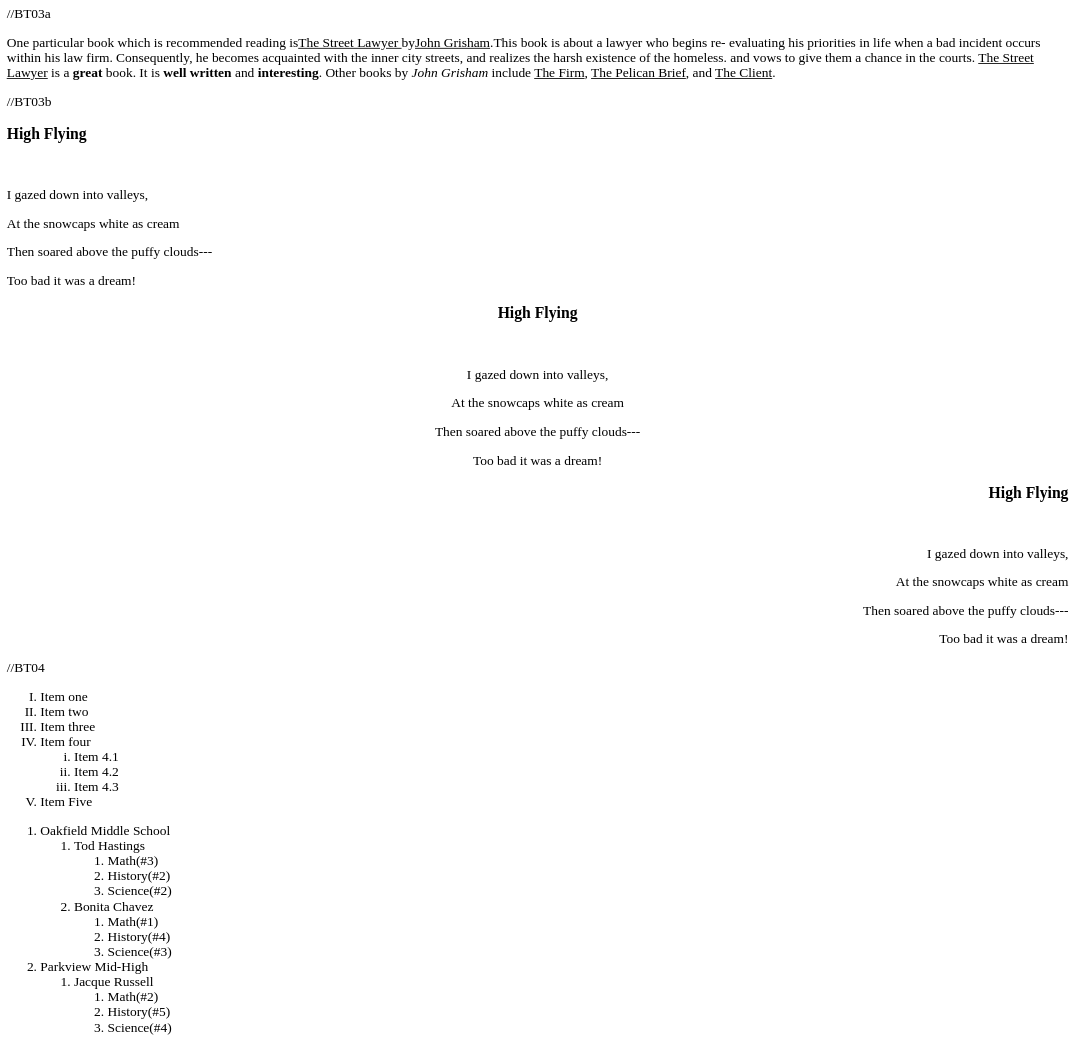
Repository: thu1365/TH_HTCNWEB
Page: HTML/Tuan01/BT.html
An editor plug-in stored every save of this project. The page is shown before and after the next save, followed by the edit.
The browser window is 1280 px wide. The pictures show the whole page, at 84% of full size.

Above is the page before, as saved 2023-02-20 22:00:21.

### HTML/Tuan01/BT.html
<!DOCTYPE html>
<html lang="en">
<head>
    <meta charset="UTF-8">
    <meta http-equiv="X-UA-Compatible" content="IE=edge">
    <meta name="viewport" content="width=device-width, initial-scale=1.0">
    <title>Document</title>
</head>

<body>
        //BT03a
        <p> One particular book which is recommended reading is<u>The Street Lawyer </u>by<u>John Grisham</u>.This book is about a lawyer who begins re- evaluating his priorities in life when a bad incident occurs within his law firm. Consequently, he becomes acquainted with the inner city streets, and realizes the harsh existence of the homeless. and vows to give them a chance in the courts. <u>The Street Lawyer</u> is a <b>great</b> book. It is <b>well written</b> and <b>interesting</b>. Other books by <i>John Grisham</i> include <u>The Firm</u>, <u>The Pelican Brief</u>, and <u>The
            Client</u>. </p>
        //BT03b
    <p>
        <h3> High Flying</h3>
        <img src="" alt=""/>
        <p>I gazed down into valleys,</p>
        <p>At the snowcaps white as cream</p>
        <p>Then soared above the puffy clouds---</p>
        <p>Too bad it was a dream!</p>
    </p>
    <center>
        <h3> High Flying</h3>
        <img src="" alt=""/>
        <p>I gazed down into valleys,</p>
        <p>At the snowcaps white as cream</p>
        <p>Then soared above the puffy clouds---</p>
        <p>Too bad it was a dream!</p>
    </center>
    <p>  <h3 align="right"> High Flying</h3>
        <img src="" alt=""/>
        <p align="right">I gazed down into valleys,</p>
        <p align="right">At the snowcaps white as cream</p>
        <p align="right">Then soared above the puffy clouds---</p>
        <p align="right">Too bad it was a dream!</p>
    </p>
    //BT04
    <ol type="I">
        <li>Item one</li>
        <li>Item two</li>
        <li>Item three</li>
        <li>Item four</li>
    <ol type="i">
        <li>Item 4.1</li>
        <li>Item 4.2</li>
        <li>Item 4.3</li>
    </ol>
        <li>Item Five</li>
    </ol>

    <ol type="I.">
        <li> Oakfield Middle School</li>
            <ol type="A.">
                <li>Tod Hastings</li>
                    <ol type="1.">
                        <li>Math(#3)</li>
                        <li>History(#2)</li>
                        <li>Science(#2)</li>
        </ol>
                <li>Bonita Chavez</li>
                    <ol type="1.">
                        <li>Math(#1)</li>
                        <li>History(#4)</li>
                        <li>Science(#3)</li>
        </ol>
        </ol>
        <li>Parkview Mid-High</li>
            <ol type="A.">
                <li>Jacque Russell</li>
                    <ol type="1.">
                        <li>Math(#2)</li>
                        <li>History(#5)</li>
                        <li>Science(#4)</li>
                    </ol>
            </ol>
    </ol>
</body>
</html>

After the next save:
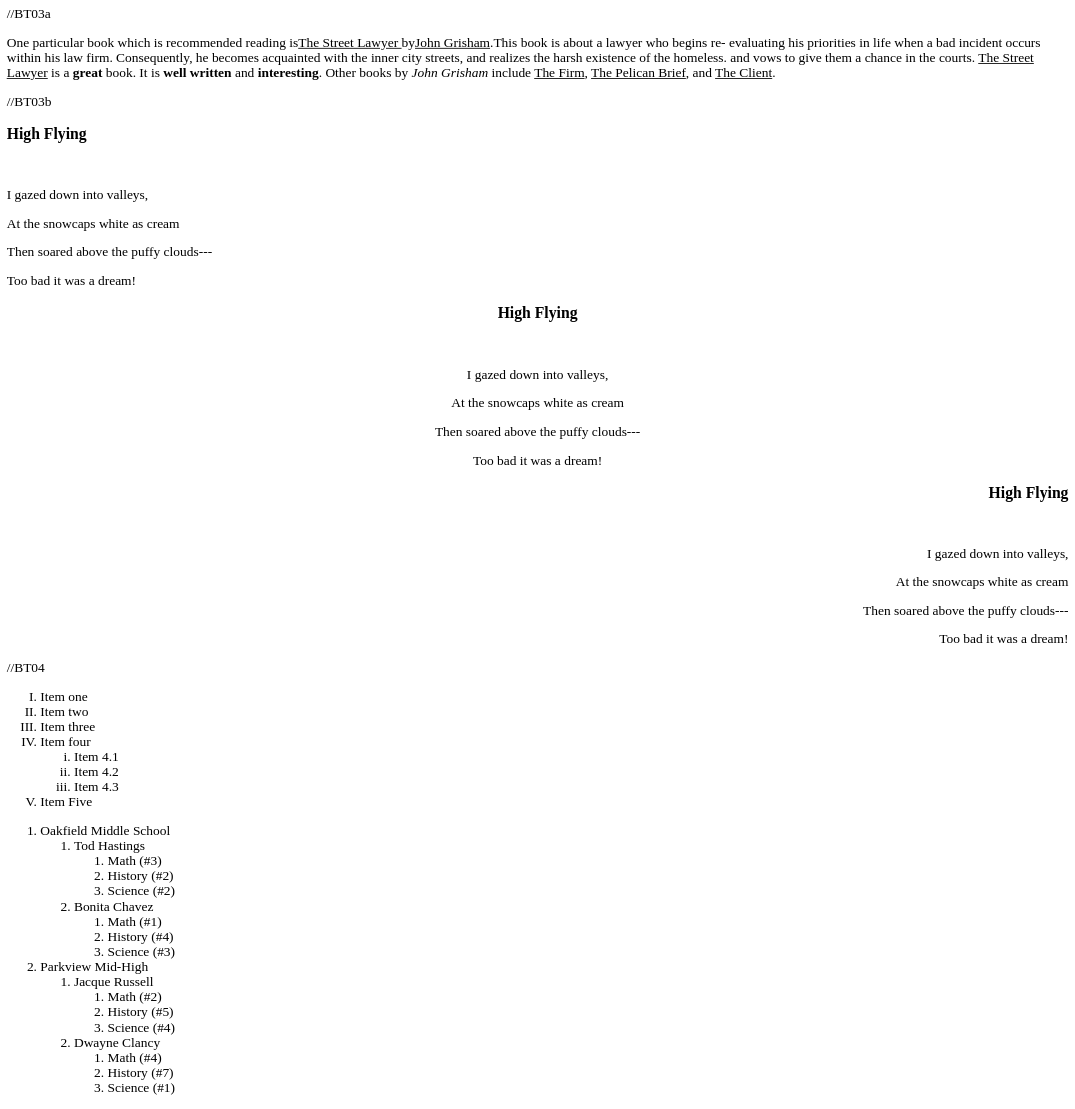
Saved 5 min 17 s later.
--- a/HTML/Tuan01/BT.html
+++ b/HTML/Tuan01/BT.html
@@ -54,24 +54,30 @@
             <ol type="A.">
                 <li>Tod Hastings</li>
                     <ol type="1.">
-                        <li>Math(#3)</li>
-                        <li>History(#2)</li>
-                        <li>Science(#2)</li>
+                        <li>Math (#3)</li>
+                        <li>History (#2)</li>
+                        <li>Science (#2)</li>
         </ol>
                 <li>Bonita Chavez</li>
                     <ol type="1.">
-                        <li>Math(#1)</li>
-                        <li>History(#4)</li>
-                        <li>Science(#3)</li>
+                        <li>Math (#1)</li>
+                        <li>History (#4)</li>
+                        <li>Science (#3)</li>
         </ol>
         </ol>
         <li>Parkview Mid-High</li>
             <ol type="A.">
                 <li>Jacque Russell</li>
                     <ol type="1.">
-                        <li>Math(#2)</li>
-                        <li>History(#5)</li>
-                        <li>Science(#4)</li>
+                        <li>Math (#2)</li>
+                        <li>History (#5)</li>
+                        <li>Science (#4)</li>
+                    </ol>
+                <li>Dwayne Clancy</li>
+                    <ol type ="1.">
+                        <li>Math (#4)</li>
+                        <li>History (#7)</li>
+                        <li>Science (#1)</li>
                     </ol>
             </ol>
     </ol>
